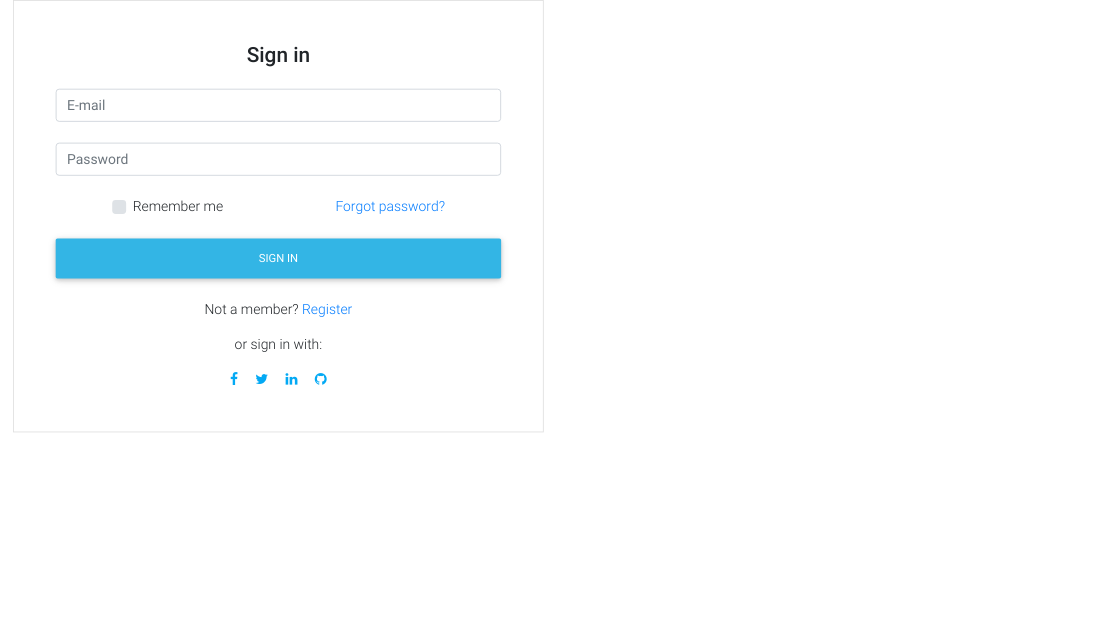
Repository: KJSCEhack/KJSCE_Vanquishers
Page: login_page.html
The author's editor kept a copy of each file at every save. The page is drawn from the files as they stood at one save, then again after the next save.
The browser window is 1280 px wide. The pictures show the whole page, at 87% of full size.

Above is the page before, as saved 2018-10-06 04:05:23.

### login_page.html

<!DOCTYPE HTML>
<html>

<head>
    <!-- Font Awesome -->
    <link rel="stylesheet" href="https://maxcdn.bootstrapcdn.com/font-awesome/4.7.0/css/font-awesome.min.css">
    <!-- Bootstrap core CSS -->
    <link href="css/bootstrap.min.css" rel="stylesheet">
    <!-- Material Design Bootstrap -->
    <link href="css/mdb.min.css" rel="stylesheet">
    <!-- Your custom styles (optional) -->
    <link href="css/style.min.css" rel="stylesheet">
</head>
<body>
    <div class="col-md-6" style="float:"center";>
    <!-- Default form login -->
<form class="text-center border border-light p-5">

    <p class="h4 mb-4">Sign in</p>

    <!-- Email -->
    <input type="email" id="defaultLoginFormEmail" class="form-control mb-4" placeholder="E-mail">

    <!-- Password -->
    <input type="password" id="defaultLoginFormPassword" class="form-control mb-4" placeholder="Password">

    <div class="d-flex justify-content-around">
        <div>
            <!-- Remember me -->
            <div class="custom-control custom-checkbox">
                <input type="checkbox" class="custom-control-input" id="defaultLoginFormRemember">
                <label class="custom-control-label" for="defaultLoginFormRemember">Remember me</label>
            </div>
        </div>
        <div>
            <!-- Forgot password -->
            <a href="">Forgot password?</a>
        </div>
    </div>

    <!-- Sign in button -->
    <button class="btn btn-info btn-block my-4" type="submit">Sign in</button>

    <!-- Register -->
    <p>Not a member?
        <a href="">Register</a>
    </p>

    <!-- Social login -->
    <p>or sign in with:</p>

    <a type="button" class="light-blue-text mx-2">
        <i class="fa fa-facebook"></i>
    </a>
    <a type="button" class="light-blue-text mx-2">
        <i class="fa fa-twitter"></i>
    </a>
    <a type="button" class="light-blue-text mx-2">
        <i class="fa fa-linkedin"></i>
    </a>
    <a type="button" class="light-blue-text mx-2">
        <i class="fa fa-github"></i>
    </a>

</form>
</div>
<!-- Default form login -->
</body>
</html>

Loaded but not shown: css/bootstrap.min.css (library); css/mdb.min.css (library); css/style.min.css (common file)

After the next save:
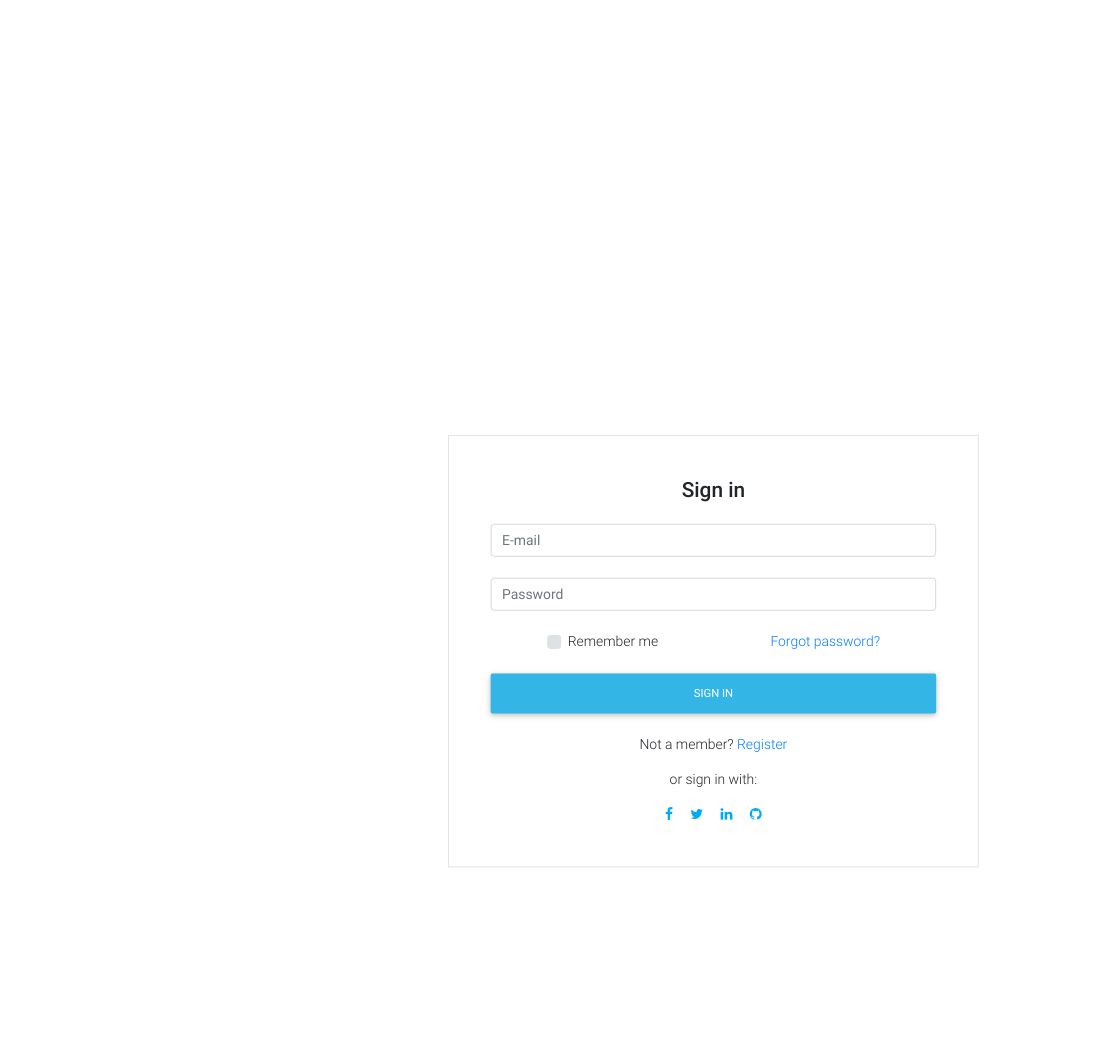
Saved 17 s later.
--- a/login_page.html
+++ b/login_page.html
@@ -13,7 +13,7 @@
     <link href="css/style.min.css" rel="stylesheet">
 </head>
 <body>
-    <div class="col-md-6" style="float:"center";>
+    <div class="col-md-6" style="margin:500px";>
     <!-- Default form login -->
 <form class="text-center border border-light p-5">
 
